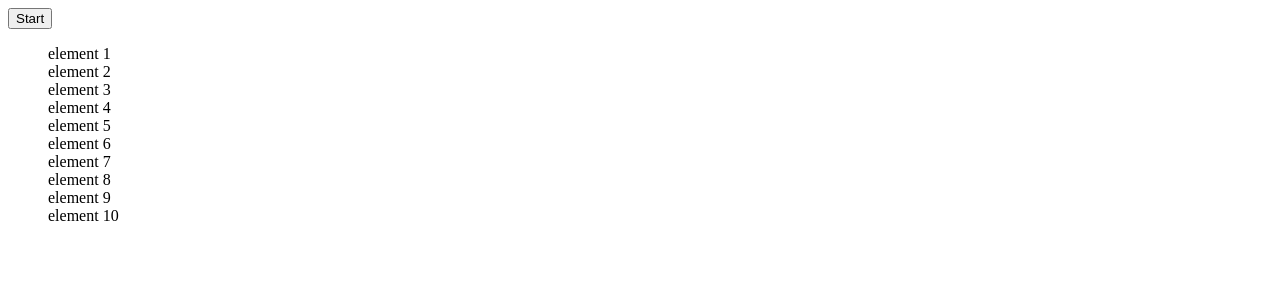
Repository: bartosz1919/Exercise-with-JS---MouseEvents--
Page: index.html
An editor plug-in stored every save of this project. The page is shown before and after the next save, followed by the edit.
The browser window is 1280 px wide. The pictures show the whole page.
After loading, the first visible `button` was clicked once.

Above is the page before, as saved 2020-03-24 23:10:00.

### index.html
<!-- Projekt 3 - PĘTLA - PLIK STARTOWY ZADANIE 1 -->
<!-- Gotowy projekt możesz zobacz tutaj https://websamuraj.pl/examples/js/projekt3-zad1/ -->

<!--
Lista jest już stworzona w strukturze html, ale domyślnie niewidoczna (display: none).
- Po kliknięciu na przycisk (button już jest) mamy sprawić by każdy element li był widoczny (ustawienie własciwości display na block)
- by po każdym kliknięciu w button wielkość fonta była o jeden większa od początkowego (ustaw w JS wartość początkową na 10px, użyj zmiennej).

Nie zmieniaj nic w html i css. Mozesz zmieniać tylko plik JavaScript.

Zrób to zadanie (najpierw) za pomocą pętli i (potem) za pomocą metody forEach.

-->
<!DOCTYPE html>
<html lang="en">

<head>
  <meta charset="UTF-8">
  <title>10 elementów listy</title>
  <style>
    li {
      display: none
    }
  </style>

</head>

<body>
  <!-- Ciekawostka: By stworzyć taką strukturę za pomocą skrótu (Emmet) możesz napisać: button+ul>li*10>{element - $} -->

  <button>Start</button>
  <ul>
    <li>element 1</li>
    <li>element 2</li>
    <li>element 3</li>
    <li>element 4</li>
    <li>element 5</li>
    <li>element 6</li>
    <li>element 7</li>
    <li>element 8</li>
    <li>element 9</li>
    <li>element 10</li>
  </ul>

  <script src="main.js"></script>

</body>

</html>

### main.js
const btn = document.querySelector("button");
const li = document.querySelectorAll("li");
let size = 10;


btn.addEventListener("click", () => {



    for (let i = 0; i < li.length; i++) {

        li[i].style.display = "block";
        li[i].style.fontSize = '${size++}px';

        console.log(size);


    }



})

After the next save:
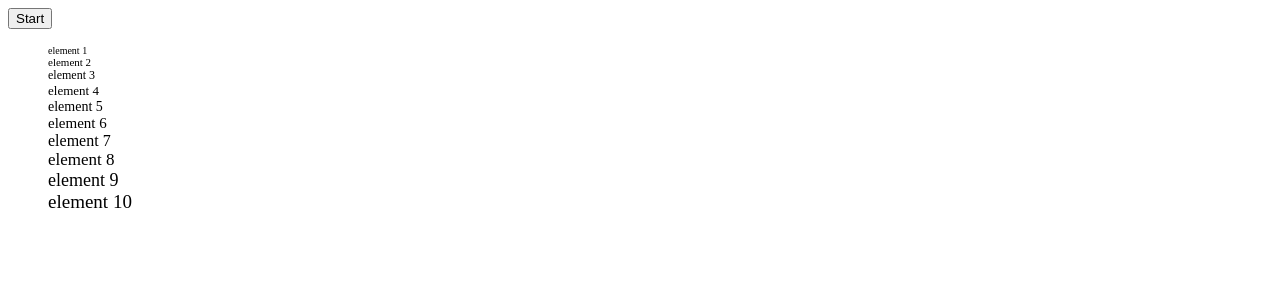
Saved 32 s later.
--- a/main.js
+++ b/main.js
@@ -10,7 +10,7 @@ btn.addEventListener("click", () => {
     for (let i = 0; i < li.length; i++) {
 
         li[i].style.display = "block";
-        li[i].style.fontSize = '${size++}px';
+        li[i].style.fontSize = size++ + 'px';
 
         console.log(size);
 
